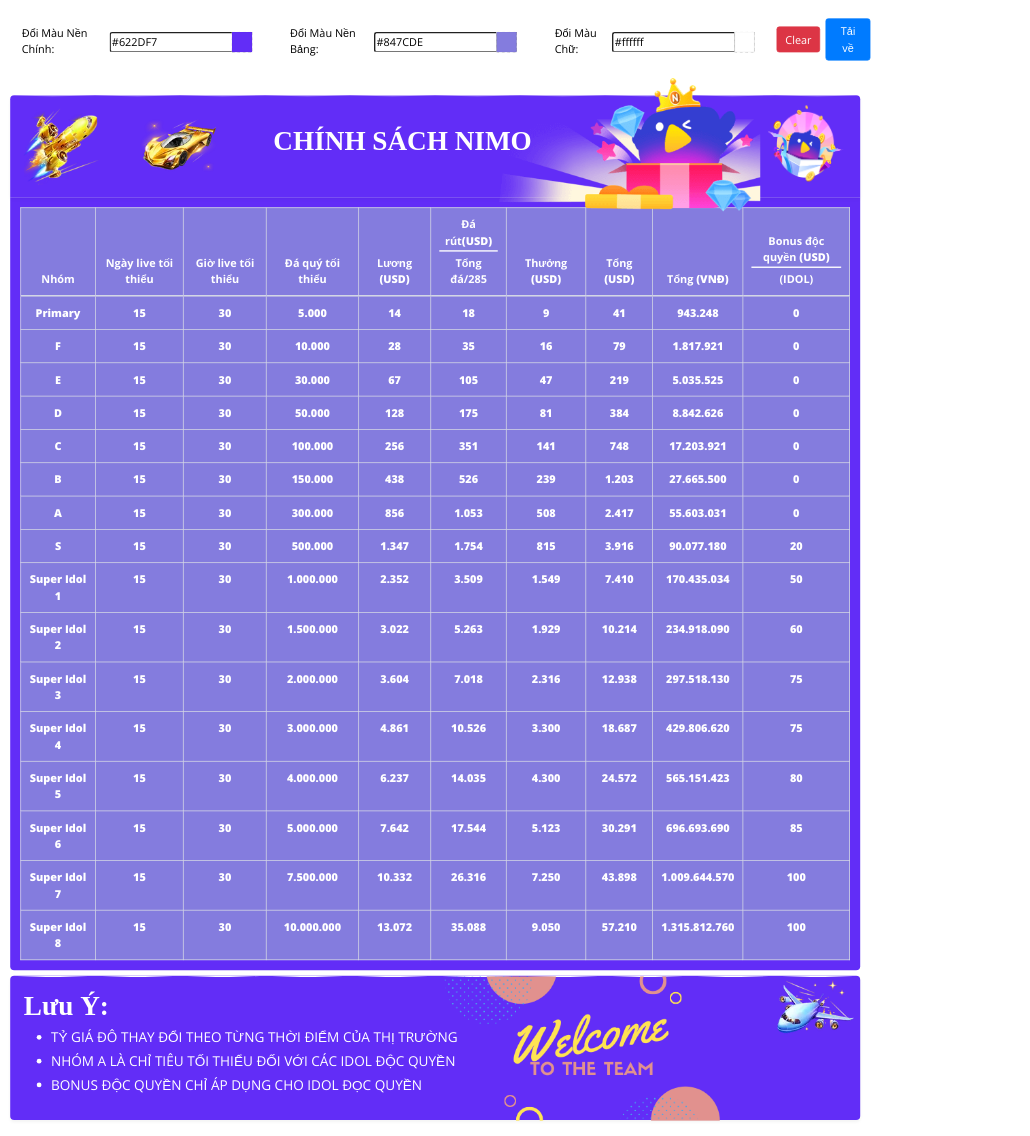
Repository: dav1601/nimo-work
Page: http://localhost/
The author's editor kept a copy of each file at every save. The page is drawn from the files as they stood at one save, then again after the next save.
The browser window is 1280 px wide. The page is 1515 px wide, then 1280 px, then 1515 px, so the pictures cover 1515 px, including what lies to the right of the window. The pictures show the whole page, at 68% of full size.
The page is run by PHP 8.4 with error messages shown; the project is at /var/www/html/.

Above is the page before, as saved 2022-04-15 15:35:27.

After the next save:
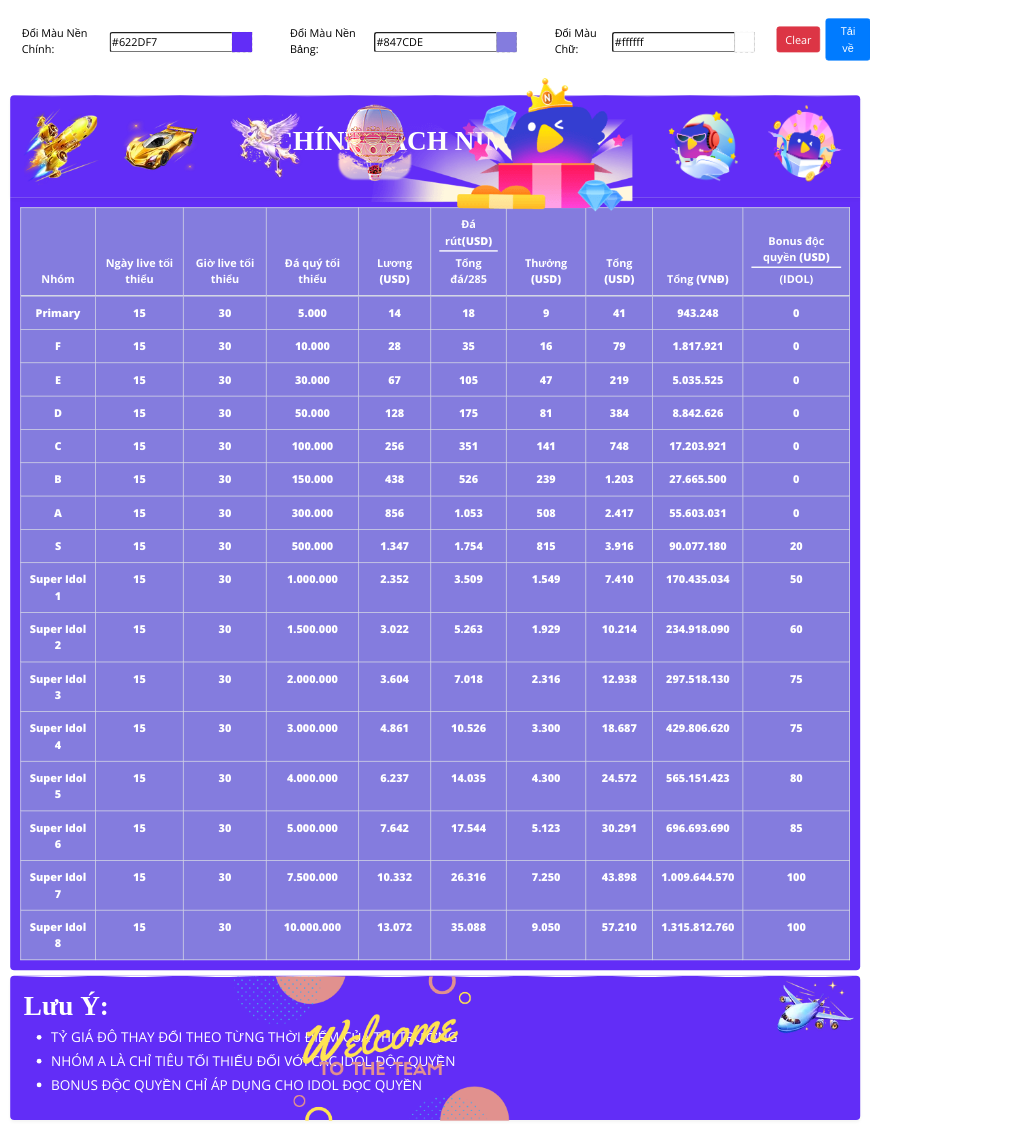
Saved 7 s later.
--- a/index.php
+++ b/index.php
@@ -212,7 +212,7 @@
             border-bottom-right-radius: 6px;
         }
 
-        @media only screen and (max-width: 1336px) {
+        @media only screen and (max-width: 1336) {
             .img-4,
             .img-6,
             .img-5 {

After the save that followed:
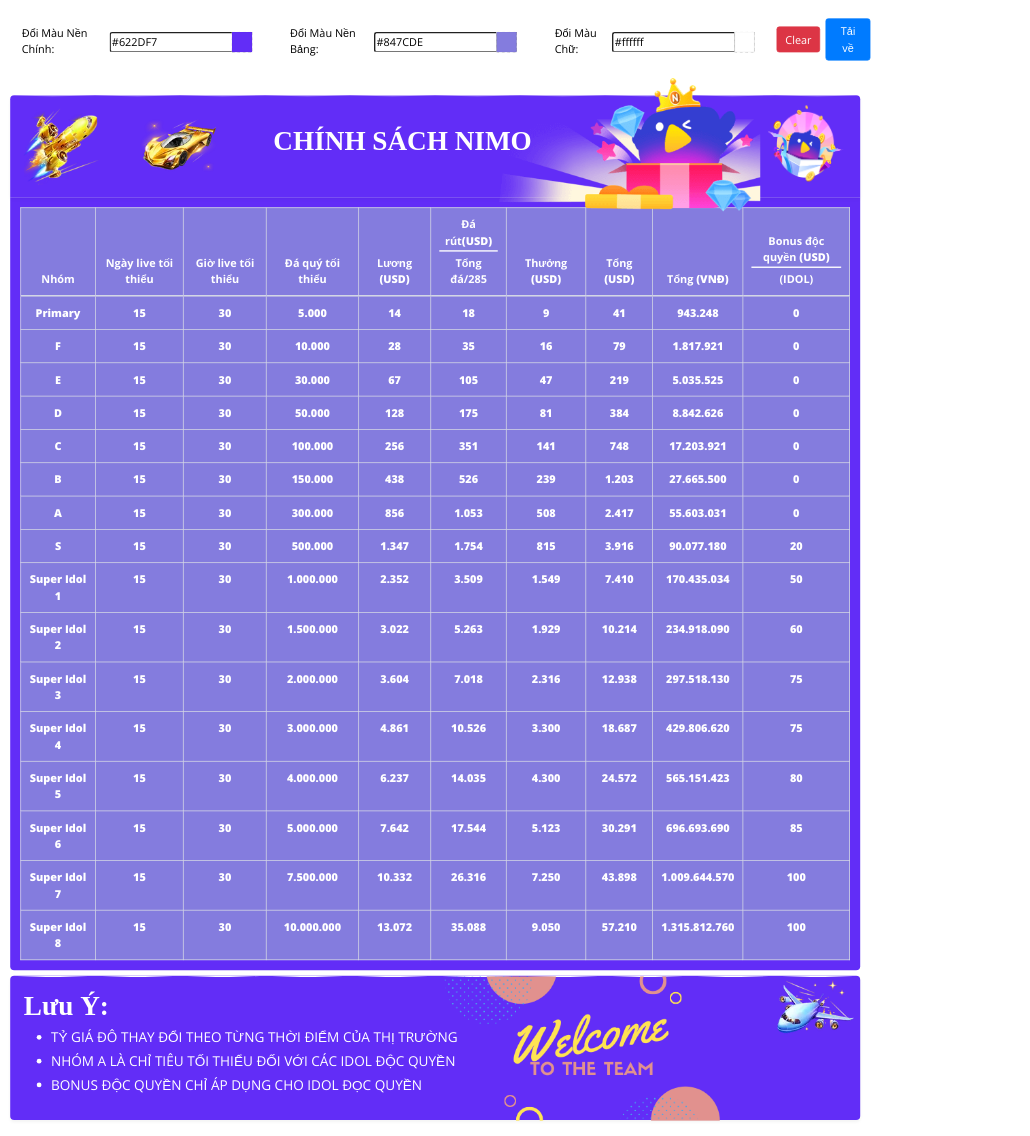
Saved 32 s later.
--- a/index.php
+++ b/index.php
@@ -212,7 +212,7 @@
             border-bottom-right-radius: 6px;
         }
 
-        @media only screen and (max-width: 1336) {
+        @media only screen and (max-width: 1336px) {
             .img-4,
             .img-6,
             .img-5 {
